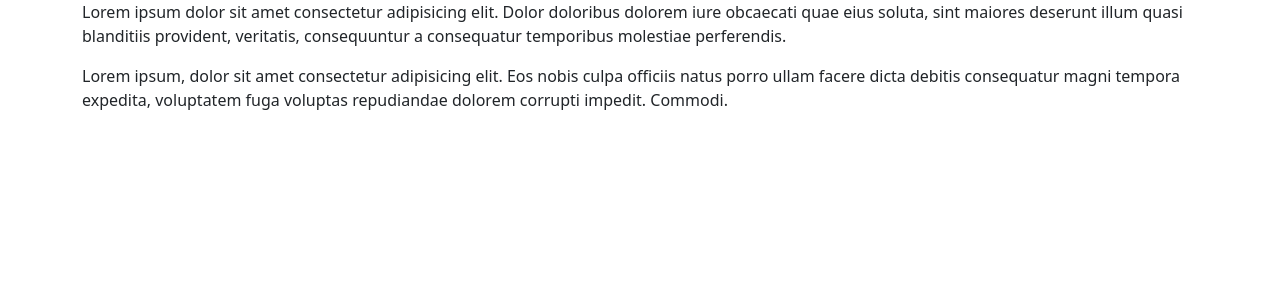
Repository: mrjayajay/week-1-code-challenges
Page: boot/index.html
The author's editor kept a copy of each file at every save. The page is drawn from the files as they stood at one save, then again after the next save.
The browser window is 1280 px wide. The pictures show the whole page.

Above is the page before, as saved 2024-03-13 07:16:25.

After the next save:
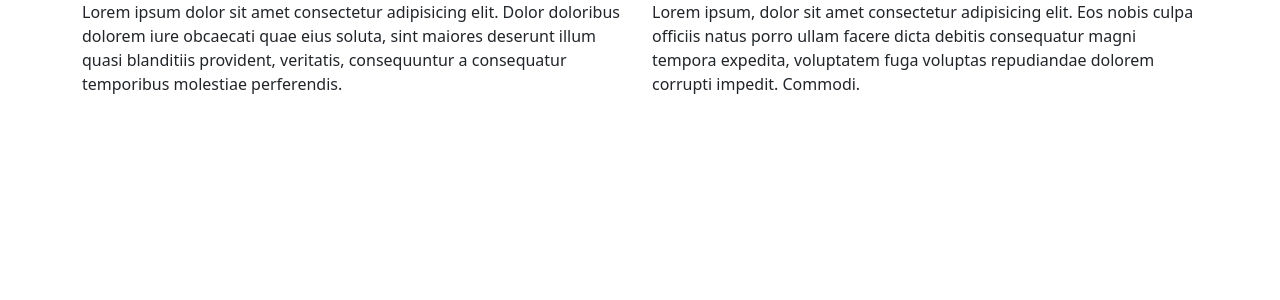
Saved 107 s later.
--- a/boot/index.html
+++ b/boot/index.html
@@ -10,11 +10,11 @@
 <body>
     <div class="container">
      <div class="row">
-        <div col-md-6>
+        <div class="col-md-6">
             <p>Lorem ipsum dolor sit amet consectetur adipisicing elit. Dolor doloribus dolorem iure obcaecati quae eius soluta, sint maiores deserunt illum quasi blanditiis provident, veritatis, consequuntur a consequatur temporibus molestiae perferendis.</p>
 
         </div>
-        <div col-md-6>
+        <div class="col">
             <p>Lorem ipsum, dolor sit amet consectetur adipisicing elit. Eos nobis culpa officiis natus porro ullam facere dicta debitis consequatur magni tempora expedita, voluptatem fuga voluptas repudiandae dolorem corrupti impedit. Commodi.</p>
 
         </div>
